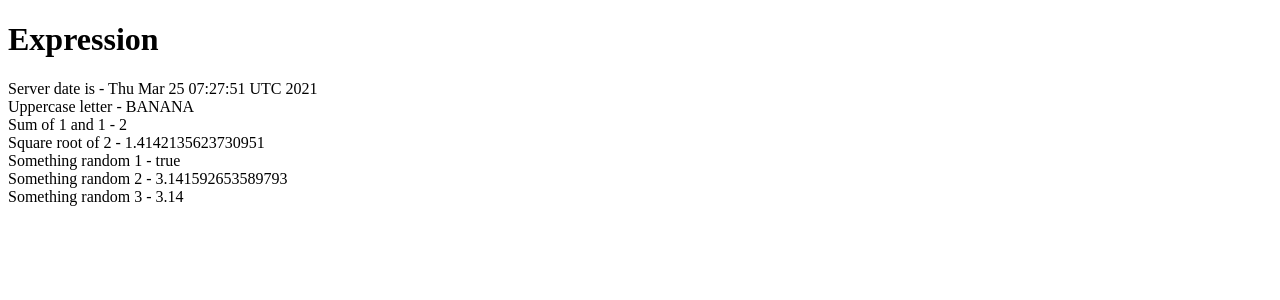
Repository: mrhpn/JavaEE--JSP-SERVLET
Page: http://localhost/JSP_JSTL/expression-demo.jsp
An editor plug-in stored every save of this project. The page is shown before and after the next save, followed by the edit.
The browser window is 1280 px wide. The pictures show the whole page.
The page is served by Tomcat 9.

Above is the page before, as saved 2021-03-25 08:22:58.

### JSP_JSTL/WebContent/expression-demo.jsp
<%@page import="java.util.Date"%>
<%@ page language="java" contentType="text/html; charset=UTF-8"
    pageEncoding="UTF-8"%>
<!DOCTYPE html>
<html>
<head>
<meta charset="UTF-8">
<title>Expression Demo</title>
</head>
<body>
	<h1>Expression</h1>

	Server date is - <%= new Date() %>
	<br>
	Uppercase letter - <%= new String("banana").toUpperCase() %>
	<br>
	Sum of 1 and 1 - <%= 1 + 1 %>
	<br>
	Square root of 2 - <%= Math.sqrt(2) %>
	<br>
	Something random 1 - <%= new String("apple").contains("a") %>
	<br>
	Something random 2 - <%= Math.PI %>
	<br>
	Something random 3 - <%= Math.abs(3.14) %>

</body>
</html>

After the next save:
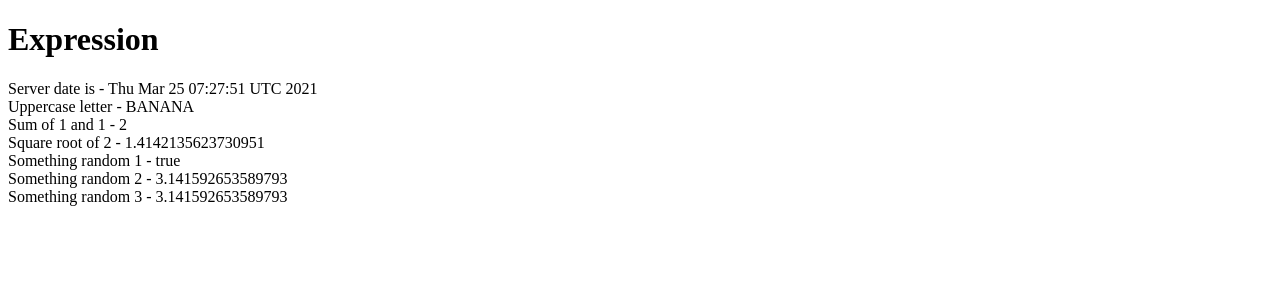
Saved 44 s later.
--- a/JSP_JSTL/WebContent/expression-demo.jsp
+++ b/JSP_JSTL/WebContent/expression-demo.jsp
@@ -22,7 +22,7 @@
 	<br>
 	Something random 2 - <%= Math.PI %>
 	<br>
-	Something random 3 - <%= Math.abs(3.14) %>
+	Something random 3 - <%= Math.PI %>
 
 </body>
 </html>
